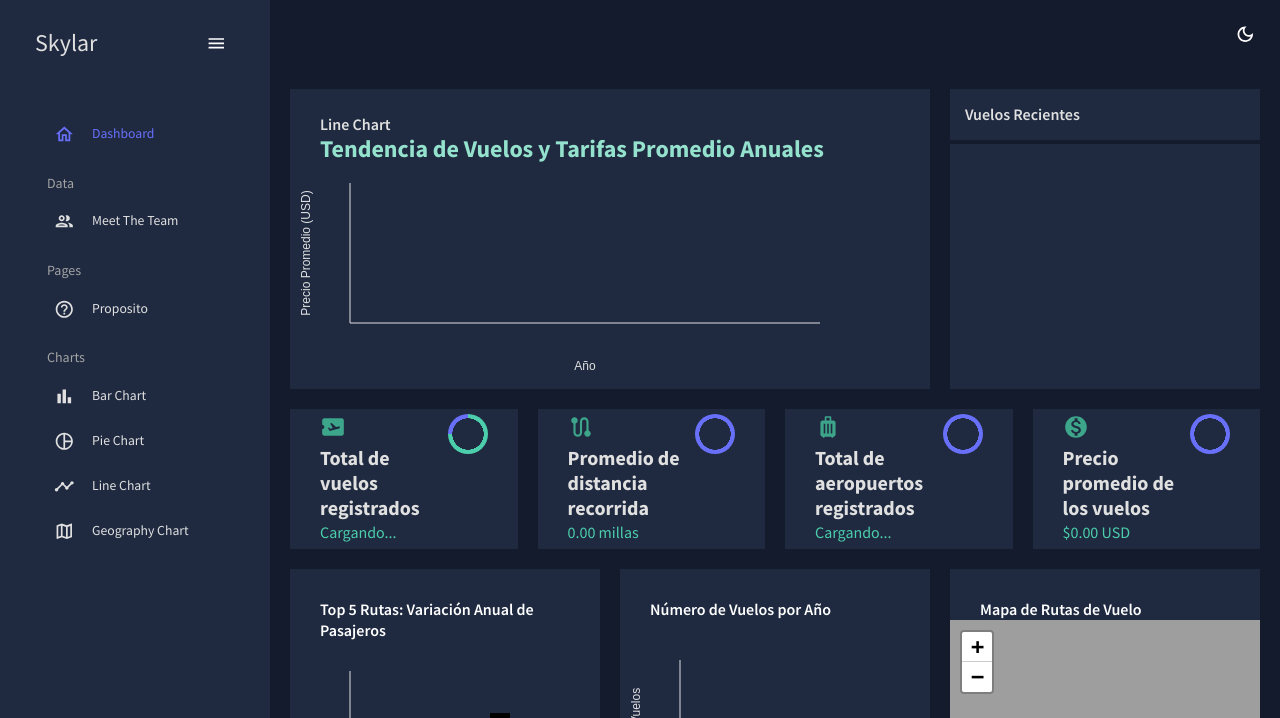
Repository: Carpinteron/Dashboard-DatabaseProject
Page: / (app in react-admin-dashboard-master/)
The author's editor kept a copy of each file at every save. The page is drawn from the files as they stood at one save, then again after a run of saves.
The browser window is 1280 px wide. The pictures show the part of the page from y = 0 to 718 px (the page is 886 px tall).
Pictures or frames that could not be fetched are drawn as grey boxes. The page's requests for data from a server got no answer. The project was rebuilt for these pictures with package versions that can differ from the ones it lists, and the page was loaded fresh each time. No one was signed in, and anything a server would have sent is missing. Also part of the build but not shown: react-admin-dashboard-master/src/components/Header.jsx, react-admin-dashboard-master/src/scenes/team/index.jsx, react-admin-dashboard-master/src/scenes/bar/index.jsx, react-admin-dashboard-master/src/components/BarChart2.jsx, react-admin-dashboard-master/src/scenes/bar2/index.jsx, react-admin-dashboard-master/src/scenes/form/index.jsx, react-admin-dashboard-master/src/scenes/line/index.jsx, react-admin-dashboard-master/src/components/PieChart.jsx and 3 more.

Above is the page before, as saved 2025-05-06 23:06:01.

After the next 2 saves:
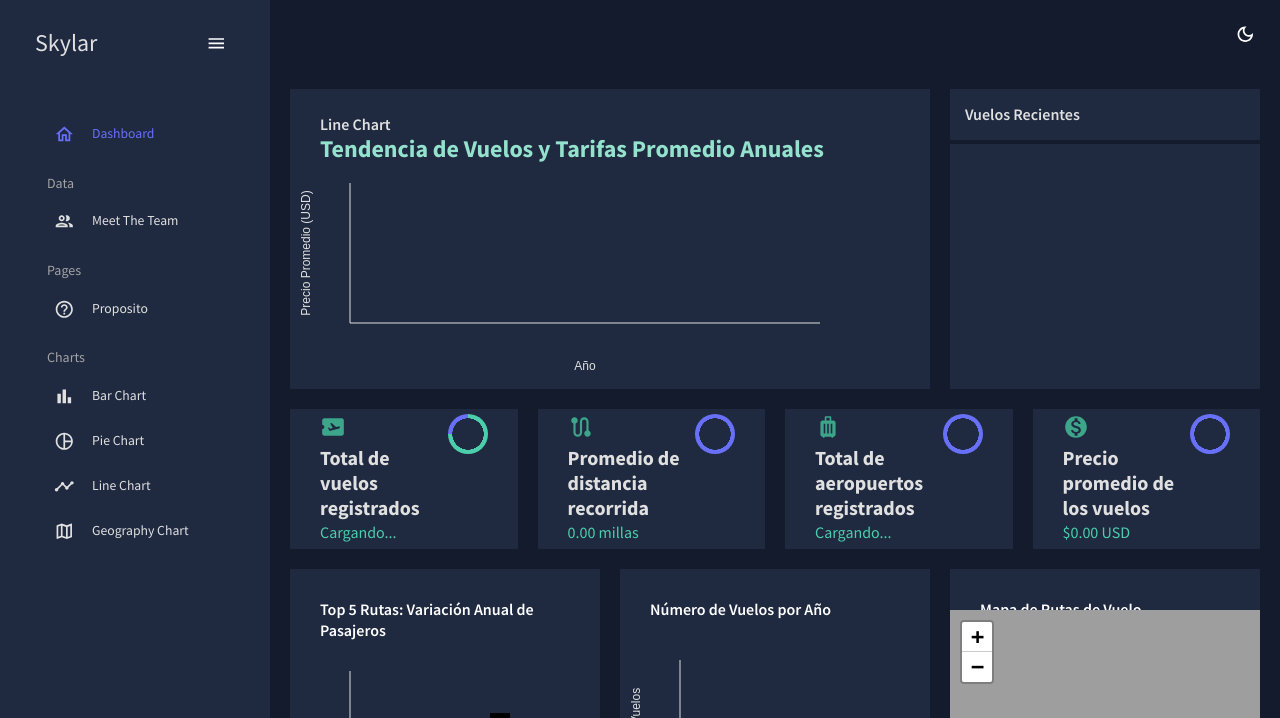
The 2 saves are shown as one change because they came seconds apart.
The last was saved 38 s later.
--- a/react-admin-dashboard-master/src/scenes/dashboard/index.jsx
+++ b/react-admin-dashboard-master/src/scenes/dashboard/index.jsx
@@ -330,7 +330,7 @@ const Dashboard = () => {
           >
             Mapa de Rutas de Vuelo
           </Typography>
-          <Box height="250px" >
+          <Box height="250px" mt="-10px">
             <GeographyChart isDashboard={true} />
           </Box>
         </Box>
